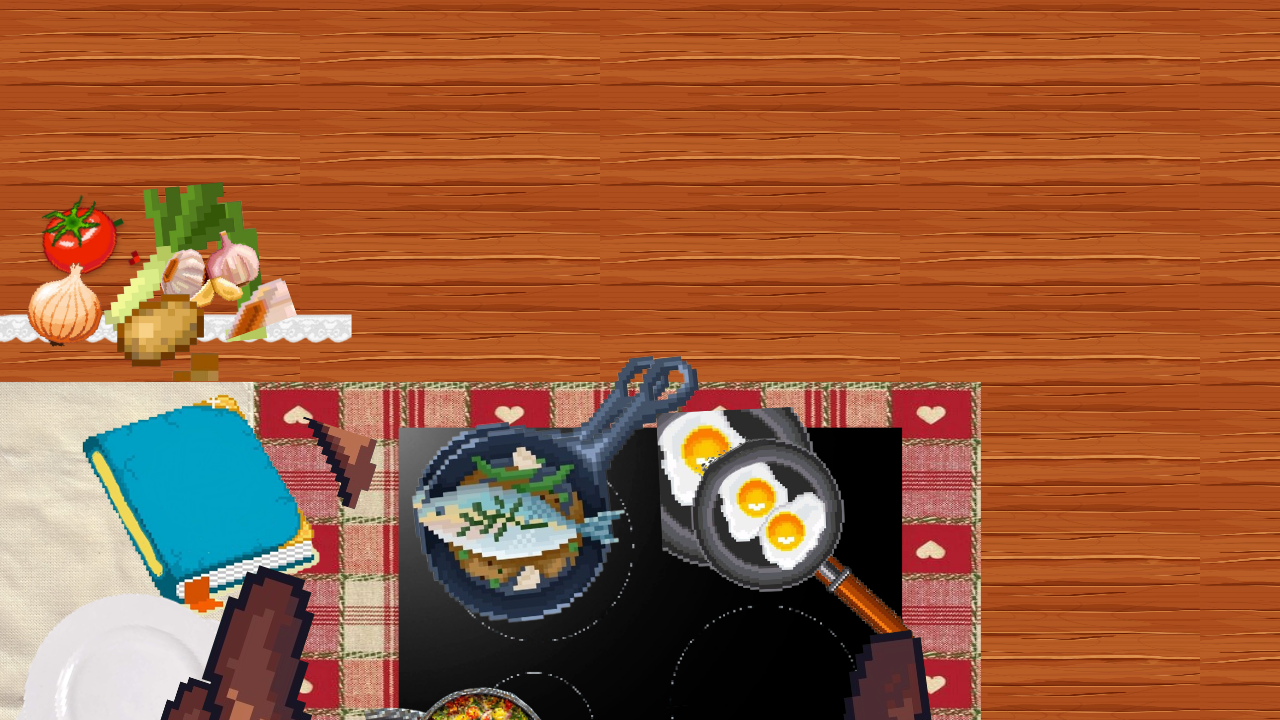
Repository: AJamdonuts/ToddyTalks
Page: playingaround2/pages/chefsujin.html
An editor plug-in stored every save of this project. The page is shown before and after the next save, followed by the edit.
The browser window is 1280 px wide. The pictures show the whole page.

Above is the page before, as saved 2025-11-26 20:17:20.

After the next save:
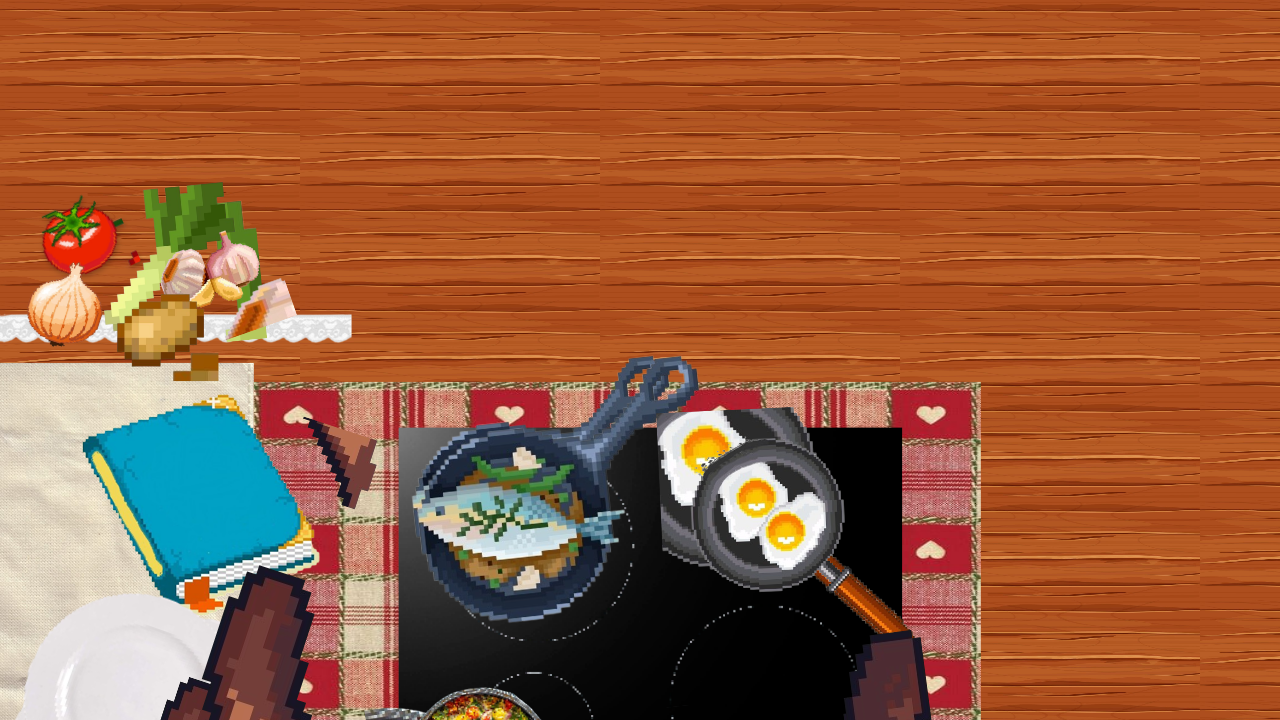
Saved 90 s later.
--- a/playingaround2/styles/chefsujin.css
+++ b/playingaround2/styles/chefsujin.css
@@ -158,7 +158,7 @@ background: url(pxArt-2.png);
     width: 476px;
     height: 724px;
     left: -115px;
-    top: 327px;
+    top: 300px;
     background: url(b41e50d46e26e9463ce130b2da7a46aa.jpg);
 }
 
